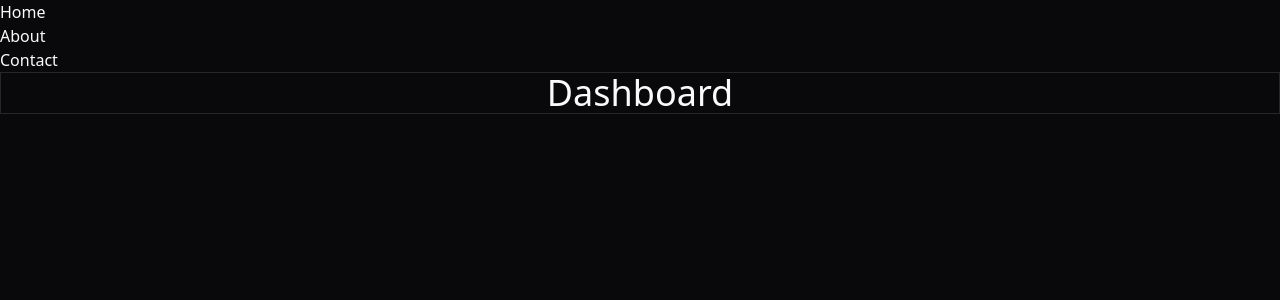
Repository: svoglimacci/recipe-app-tmp
Page: /app
An editor plug-in stored every save of this project. The page is shown before and after the next save, followed by the edit.
The browser window is 1280 px wide. The pictures show the whole page.
The project was rebuilt for these pictures with package versions that can differ from the ones it lists, and the page was loaded fresh each time. Also part of the build but not shown: vite.config.ts, src/components/Recipe.tsx, src/components/RecipeList.tsx, src/components/RecipeCard.tsx, src/views/Login.tsx, src/views/Landing.tsx, src/views/Home.tsx.

Above is the page before, as saved 2024-01-30 13:49:01.

### src/App.tsx
import { ThemeProvider } from "@/components/ui/theme-provider"
import { RouterProvider } from "react-router-dom"
import { router } from "@/router"

function App() {
  return (
    <ThemeProvider defaultTheme="dark" storageKey="vite-ui-theme">
    <RouterProvider router={router}/>
  </ThemeProvider>
  )
}

export default App

### src/components/ui/theme-provider.tsx
import { createContext, useContext, useEffect, useState } from "react"

type Theme = "dark" | "light" | "system"

type ThemeProviderProps = {
  children: React.ReactNode
  defaultTheme?: Theme
  storageKey?: string
}

type ThemeProviderState = {
  theme: Theme
  setTheme: (theme: Theme) => void
}

const initialState: ThemeProviderState = {
  theme: "system",
  setTheme: () => null,
}

const ThemeProviderContext = createContext<ThemeProviderState>(initialState)

export function ThemeProvider({
  children,
  defaultTheme = "system",
  storageKey = "vite-ui-theme",
  ...props
}: ThemeProviderProps) {
  const [theme, setTheme] = useState<Theme>(
    () => (localStorage.getItem(storageKey) as Theme) || defaultTheme
  )

  useEffect(() => {
    const root = window.document.documentElement

    root.classList.remove("light", "dark")

    if (theme === "system") {
      const systemTheme = window.matchMedia("(prefers-color-scheme: dark)")
        .matches
        ? "dark"
        : "light"

      root.classList.add(systemTheme)
      return
    }

    root.classList.add(theme)
  }, [theme])

  const value = {
    theme,
    setTheme: (theme: Theme) => {
      localStorage.setItem(storageKey, theme)
      setTheme(theme)
    },
  }

  return (
    <ThemeProviderContext.Provider {...props} value={value}>
      {children}
    </ThemeProviderContext.Provider>
  )
}

export const useTheme = () => {
  const context = useContext(ThemeProviderContext)

  if (context === undefined)
    throw new Error("useTheme must be used within a ThemeProvider")

  return context
}

### src/router/index.tsx
import { createBrowserRouter } from "react-router-dom";
import { Home, Login, Landing, Dashboard } from "@/views";
import { Recipe, RecipeList } from "@/components";

const router = createBrowserRouter([
  {
    path: "/",
    element: <Landing />,
  },
  {
    path: "/login",
    element: <Login />,
  },
  {
   path: "/app",
    element: <Dashboard />,
    children: [
      {
        path: "",
        element: <Home />,
      },
      {
        path: "recipes",
        element: <RecipeList />,
      },
      {
        path: "recipes/:id",
        element: <Recipe />,
      }
    ],
  }
])

export { router }

### src/views/index.tsx
import { Dashboard } from "./Dashboard";
import { Login } from "./Login";
import { Landing } from "./Landing";
import { Home } from "./Home";

export { Dashboard, Login, Landing, Home };

### src/components/index.tsx
import { Recipe } from "./Recipe";
import { RecipeList } from "./RecipeList";
import { RecipeCard } from "./RecipeCard";
import { DashboardHeader } from "./DashboardHeader";
import { MobileNav } from "./BurgerMenu";

export {
  Recipe,
  RecipeList,
  RecipeCard,
  DashboardHeader,
  MobileNav
}

### src/views/Dashboard.tsx
import { DashboardHeader } from '@/components';
import { Nav } from '@/components/Nav';


function Dashboard() {
  return (
    <>
    <div className="container relative p-0">
      <DashboardHeader />
      <div>
      <Nav />
      <main className="flex flex-col items-center justify-center border">
        <h1 className="text-4xl text-primary">Dashboard</h1>
      </main>
      </div>
    </div>
    </>
  )
}

export { Dashboard };

### src/components/DashboardHeader.tsx
import { ModeToggle } from "./ui/mode-toggle";
import { MobileNav } from "./BurgerMenu";

function DashboardHeader() {
  return(

  <header className="flex sticky top-0 z-50 md:hidden bg-secondary justify-between">
    <MobileNav />
    <ModeToggle />
  </header>
  )
}

export { DashboardHeader  };

### src/components/BurgerMenu.tsx
import { Menu } from "lucide-react";
import { Sheet, SheetContent, SheetHeader, SheetTrigger } from "./ui/sheet";

import { Button } from "./ui/button";

function MobileNav() {
  return (
    <nav className="md:hidden">
    <Sheet>
  <SheetTrigger asChild><Button variant="ghost" size="icon"><Menu/></Button></SheetTrigger>
  <SheetContent side="left">
    <SheetHeader>

    </SheetHeader>
  </SheetContent>
</Sheet>
</nav>

  )
}

export { MobileNav  };

### src/components/Nav.tsx

function Nav() {
  return (
  <nav className="flex flex-row">
  <ul className="flex flex-col justify-between">
    <li className="text-primary">Home</li>
    <li className="text-primary">About</li>
    <li className="text-primary">Contact</li>
  </ul>
</nav>

  )
}

export { Nav  };

### src/components/ui/mode-toggle.tsx
import { Moon, Sun } from "lucide-react"

import { Button } from "@/components/ui/button"
import { useTheme } from "@/components/ui/theme-provider"

export function ModeToggle() {
  const { theme, setTheme } = useTheme()

  return (
    <Button
      aria-label="Toggle theme"
      onClick={() => setTheme(theme === "dark" ? "light" : "dark")}
      variant="ghost"
      size="icon"
    >
      <Sun className="h-[1.2rem] w-[1.2rem] rotate-0 scale-100 transition-all dark:-rotate-90 dark:scale-0" />
      <Moon className="absolute h-[1.2rem] w-[1.2rem] rotate-90 scale-0 transition-all dark:rotate-0 dark:scale-100" />
    </Button>
  )
}

### src/components/ui/sheet.tsx
import * as React from "react"
import * as SheetPrimitive from "@radix-ui/react-dialog"
import { cva, type VariantProps } from "class-variance-authority"
import { X } from "lucide-react"

import { cn } from "@/lib/utils"
import { Button } from "./button"

const Sheet = SheetPrimitive.Root

const SheetTrigger = SheetPrimitive.Trigger

const SheetClose = SheetPrimitive.Close

const SheetPortal = SheetPrimitive.Portal

const SheetOverlay = React.forwardRef<
  React.ElementRef<typeof SheetPrimitive.Overlay>,
  React.ComponentPropsWithoutRef<typeof SheetPrimitive.Overlay>
>(({ className, ...props }, ref) => (
  <SheetPrimitive.Overlay
    className={cn(
      "fixed inset-0 z-50 bg-black/80  data-[state=open]:animate-in data-[state=closed]:animate-out data-[state=closed]:fade-out-0 data-[state=open]:fade-in-0",
      className
    )}
    {...props}
    ref={ref}
  />
))
SheetOverlay.displayName = SheetPrimitive.Overlay.displayName

const sheetVariants = cva(
  "fixed z-50 gap-4 bg-background p-6 shadow-lg transition ease-in-out data-[state=open]:animate-in data-[state=closed]:animate-out data-[state=closed]:duration-300 data-[state=open]:duration-500",
  {
    variants: {
      side: {
        top: "inset-x-0 top-0 border-b data-[state=closed]:slide-out-to-top data-[state=open]:slide-in-from-top",
        bottom:
          "inset-x-0 bottom-0 border-t data-[state=closed]:slide-out-to-bottom data-[state=open]:slide-in-from-bottom",
        left: "inset-y-0 left-0 h-full w-3/4 border-r data-[state=closed]:slide-out-to-left data-[state=open]:slide-in-from-left sm:max-w-sm",
        right:
          "inset-y-0 right-0 h-full w-3/4  border-l data-[state=closed]:slide-out-to-right data-[state=open]:slide-in-from-right sm:max-w-sm",
      },
    },
    defaultVariants: {
      side: "right",
    },
  }
)

interface SheetContentProps
  extends React.ComponentPropsWithoutRef<typeof SheetPrimitive.Content>,
    VariantProps<typeof sheetVariants> {}

const SheetContent = React.forwardRef<
  React.ElementRef<typeof SheetPrimitive.Content>,
  SheetContentProps
>(({ side = "right", className, children, ...props }, ref) => (
  <SheetPortal>
    <SheetOverlay />
    <SheetPrimitive.Content
      ref={ref}
      className={cn(sheetVariants({ side }), className)}
      {...props}
    >
      {children}
      <SheetPrimitive.Close className="absolute right-4 top-4 rounded-sm opacity-70 ring-offset-background transition-opacity hover:opacity-100 focus:outline-none focus:ring-2 focus:ring-ring focus:ring-offset-2 disabled:pointer-events-none data-[state=open]:bg-secondary">
        <Button variant="ghost" size="icon">
        <X/>
        </Button>
        <span className="sr-only">Close</span>
      </SheetPrimitive.Close>
    </SheetPrimitive.Content>
  </SheetPortal>
))
SheetContent.displayName = SheetPrimitive.Content.displayName

const SheetHeader = ({
  className,
  ...props
}: React.HTMLAttributes<HTMLDivElement>) => (
  <div
    className={cn(
      "flex flex-col space-y-2 text-center sm:text-left",
      className
    )}
    {...props}
  />
)
SheetHeader.displayName = "SheetHeader"

const SheetFooter = ({
  className,
  ...props
}: React.HTMLAttributes<HTMLDivElement>) => (
  <div
    className={cn(
      "flex flex-col-reverse sm:flex-row sm:justify-end sm:space-x-2",
      className
    )}
    {...props}
  />
)
SheetFooter.displayName = "SheetFooter"

const SheetTitle = React.forwardRef<
  React.ElementRef<typeof SheetPrimitive.Title>,
  React.ComponentPropsWithoutRef<typeof SheetPrimitive.Title>
>(({ className, ...props }, ref) => (
  <SheetPrimitive.Title
    ref={ref}
    className={cn("text-lg font-semibold text-foreground", className)}
    {...props}
  />
))
SheetTitle.displayName = SheetPrimitive.Title.displayName

const SheetDescription = React.forwardRef<
  React.ElementRef<typeof SheetPrimitive.Description>,
  React.ComponentPropsWithoutRef<typeof SheetPrimitive.Description>
>(({ className, ...props }, ref) => (
  <SheetPrimitive.Description
    ref={ref}
    className={cn("text-sm text-muted-foreground", className)}
    {...props}
  />
))
SheetDescription.displayName = SheetPrimitive.Description.displayName

export {
  Sheet,
  SheetPortal,
  SheetOverlay,
  SheetTrigger,
  SheetClose,
  SheetContent,
  SheetHeader,
  SheetFooter,
  SheetTitle,
  SheetDescription,
}

### src/components/ui/button.tsx
import * as React from "react"
import { Slot } from "@radix-ui/react-slot"
import { cva, type VariantProps } from "class-variance-authority"

import { cn } from "@/lib/utils"

const buttonVariants = cva(
  "inline-flex items-center justify-center whitespace-nowrap rounded-md text-sm font-medium ring-offset-background transition-colors focus-visible:outline-none focus-visible:ring-2 focus-visible:ring-ring focus-visible:ring-offset-2 disabled:pointer-events-none disabled:opacity-50",
  {
    variants: {
      variant: {
        default: "bg-primary text-primary-foreground hover:bg-primary/90",
        destructive:
          "bg-destructive text-destructive-foreground hover:bg-destructive/90",
        outline:
          "border border-input bg-background hover:bg-accent hover:text-accent-foreground",
        secondary:
          "bg-secondary text-secondary-foreground hover:bg-secondary/80",
        ghost: "hover:bg-accent hover:text-accent-foreground",
        link: "text-primary underline-offset-4 hover:underline",
      },
      size: {
        default: "h-10 px-4 py-2",
        sm: "h-9 rounded-md px-3",
        lg: "h-11 rounded-md px-8",
        icon: "h-10 w-10",
      },
    },
    defaultVariants: {
      variant: "default",
      size: "default",
    },
  }
)

export interface ButtonProps
  extends React.ButtonHTMLAttributes<HTMLButtonElement>,
    VariantProps<typeof buttonVariants> {
  asChild?: boolean
}

const Button = React.forwardRef<HTMLButtonElement, ButtonProps>(
  ({ className, variant, size, asChild = false, ...props }, ref) => {
    const Comp = asChild ? Slot : "button"
    return (
      <Comp
        className={cn(buttonVariants({ variant, size, className }))}
        ref={ref}
        {...props}
      />
    )
  }
)
Button.displayName = "Button"

export { Button, buttonVariants }

Loaded but not shown: index.html (common file); src/main.tsx (common file); src/index.css (common file); src/lib/utils.ts (common file); tailwind.config.js (common file)

After the next save:
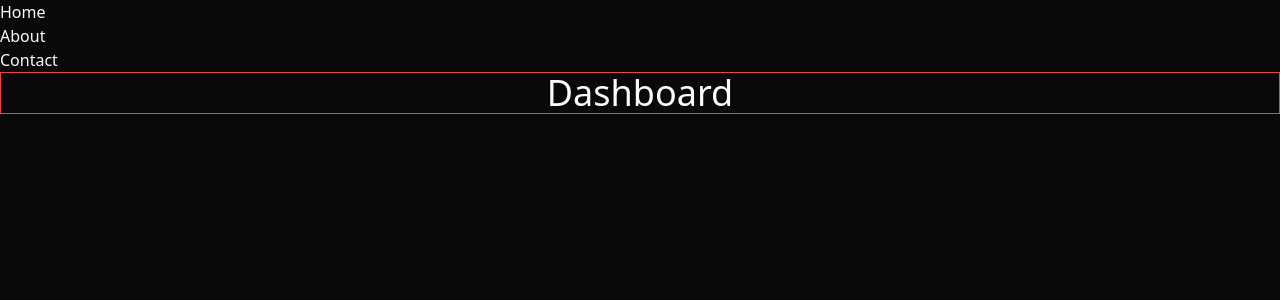
Saved 30 s later.
--- a/src/views/Dashboard.tsx
+++ b/src/views/Dashboard.tsx
@@ -9,7 +9,7 @@ function Dashboard() {
       <DashboardHeader />
       <div>
       <Nav />
-      <main className="flex flex-col items-center justify-center border">
+      <main className="flex flex-col items-center justify-center border border-red-500">
         <h1 className="text-4xl text-primary">Dashboard</h1>
       </main>
       </div>
